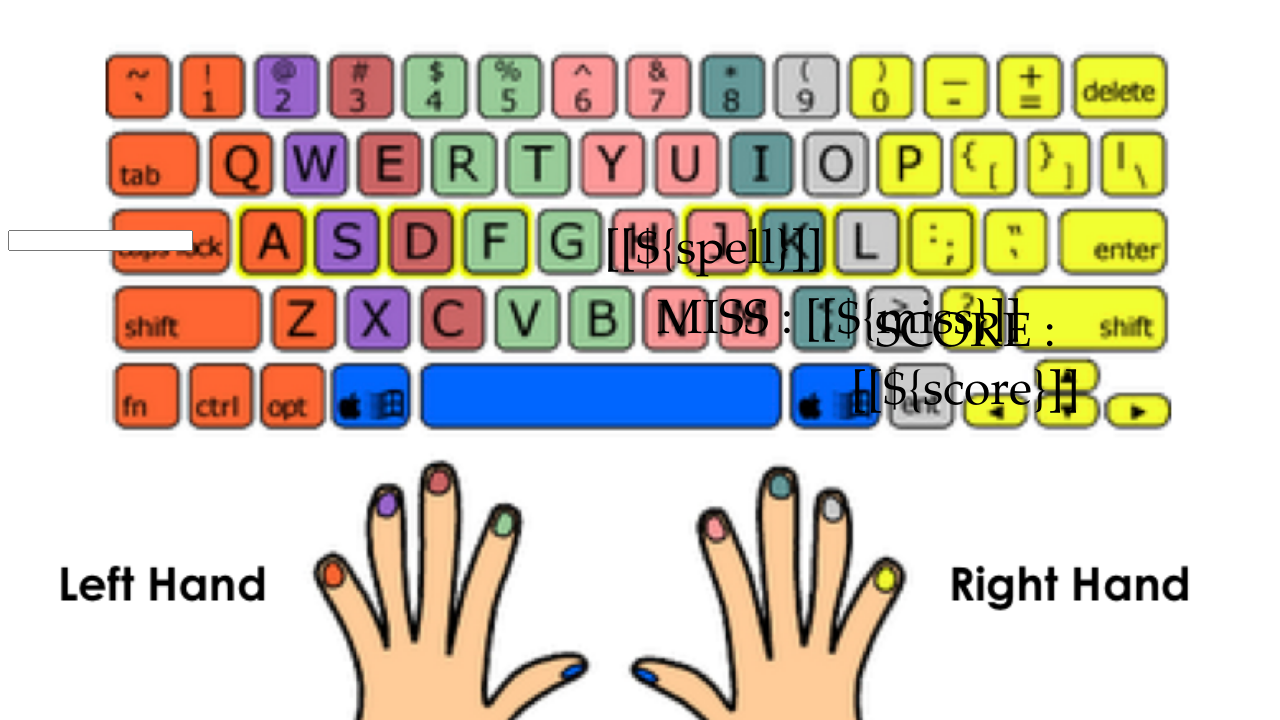
Repository: thaddeas01/typingskill
Page: src/main/resources/templates/single.html
An editor plug-in stored every save of this project. The page is shown before and after the next save, followed by the edit.
The browser window is 1280 px wide. The pictures show the whole page.

Above is the page before, as saved 2023-01-14 00:39:20.
Console error: SyntaxError: Unexpected token '{'

### src/main/resources/templates/single.html
<head>
  <title>Game Application by Pentagon</title>
</head>

<body>
  <div id="app"></div>

  <p class="word1"> [[${spell}]]</p>
  <p class="word2"> MISS : [[${miss}]]</p>
  <p class="word3"> SCORE : [[${score}]]</p>
  <form th:action="@{/hantei(prob=${spell},miss=${miss},score=${score})}" method="post">
    <input type="text" name="answer" id="firstinput">
  </form>
</body>

<style>
  body {
      background-image: url('gamebacks.png');
      background-repeat: no-repeat;
      background-size: cover;
    }

    .word1{
      font-size: 3em;
      width: 400px;
      height: 100px;
      font-family: "garamond", serif;
      position: relative;
      text-align: center;
      top: 20%;
      left: 40%;
      display: inline-block;
      margin-top: 1rem;
    }
    .word2{
      font-size: 3em;
      width: 400px;
      height: 100px;
      font-family: "garamond", serif;
      position: relative;
      text-align: center;
      top: 30%;
      left: 18%;
      display: inline-block;
      margin-top: 1rem;
    }
    .word3{
      font-size: 3em;
      width: 400px;
      height: 100px;
      font-family: "garamond", serif;
      position: relative;
      text-align: center;
      top: 40%;
      left: -4%;
      display: inline-block;
      margin-top: 1rem;
    }
  .base-timer {
    position: relative;
    width: 150px;
    height: 150px;
  }

  .base-timer__svg {
    transform: scaleX(-1);
  }

  .base-timer__circle {
    fill: none;
    stroke: none;
  }

  .base-timer__path-elapsed {
    stroke-width: 7px;
    stroke: grey;
  }

  .base-timer__path-remaining {
    stroke-width: 7px;
    stroke-linecap: round;
    transform: rotate(90deg);
    transform-origin: center;
    transition: 1s linear all;
    fill-rule: nonzero;
    stroke: currentColor;
  }

  .base-timer__path-remaining.green {
    color: rgb(65, 184, 131);
  }

  .base-timer__path-remaining.orange {
    color: orange;
  }

  .base-timer__path-remaining.red {
    color: red;
  }

  .base-timer__label {
    position: relative;
    top: -110px;
    width: 150px;
    height: 150px;
    display: flex;
    align-items: flex-start;
    justify-content: center;
    font-size: 48px;
  }
</style>
<script th:inline="javascript">
  const FULL_DASH_ARRAY = 300;
  const WARNING_THRESHOLD = 4;
  const ALERT_THRESHOLD = 2;

  const COLOR_CODES = {
    info: {
      color: "green"
    },
    warning: {
      color: "orange",
      threshold: WARNING_THRESHOLD
    },
    alert: {
      color: "red",
      threshold: ALERT_THRESHOLD
    }
  };

  const TIME_LIMIT = 7;
  let timePassed = 0;
  let timeLeft = TIME_LIMIT;
  let timerInterval = null;
  let remainingPathColor = COLOR_CODES.info.color;
  var miss = [[${ miss }]];
  var score = [[${ score }]];

  document.getElementById("app").innerHTML = `
<div class="base-timer">
  <svg class="base-timer__svg" viewBox="0 0 100 100" xmlns="http://www.w3.org/2000/svg">
    <g class="base-timer__circle">
      <circle class="base-timer__path-elapsed" cx="50" cy="50" r="45"></circle>
      <path
        id="base-timer-path-remaining"
        stroke-dasharray="283"
        class="base-timer__path-remaining ${remainingPathColor}"
        d="
          M 50, 50
          m -45, 0
          a 45,45 0 1,0 90,0
          a 45,45 0 1,0 -90,0
        "
      ></path>
    </g>
  </svg>
  <span id="base-timer-label" class="base-timer__label">${formatTime(
    timeLeft
  )}</span>
</div>
`;
  document.getElementById('firstinput').focus();
  startTimer();

  function startTimer() {
    timerInterval = setInterval(() => {
      timePassed = timePassed += 1;
      timeLeft = TIME_LIMIT - timePassed;
      document.getElementById("base-timer-label").innerHTML = formatTime(
        timeLeft
      );
      setCircleDasharray();
      setRemainingPathColor(timeLeft);

      if (timeLeft === 0) {
        clearInterval(timerInterval);
        setTimeout(function () {
          location.href = "/timeout?miss=" + miss + "&score=" + score
        }, 0);
      }
    }, 1000);
  }

  function formatTime(time) {
    const minutes = Math.floor(time / 60);
    let seconds = time % 60;

    if (seconds < 10) {
      seconds = `0${seconds}`;
    }

    return `${minutes}:${seconds}`;
  }

  function setRemainingPathColor(timeLeft) {
    const { alert, warning, info } = COLOR_CODES;
    if (timeLeft <= alert.threshold) {
      document
        .getElementById("base-timer-path-remaining")
        .classList.remove(warning.color);
      document
        .getElementById("base-timer-path-remaining")
        .classList.add(alert.color);
    } else if (timeLeft <= warning.threshold) {
      document
        .getElementById("base-timer-path-remaining")
        .classList.remove(info.color);
      document
        .getElementById("base-timer-path-remaining")
        .classList.add(warning.color);
    }
  }

  function calculateTimeFraction() {
    const rawTimeFraction = timeLeft / TIME_LIMIT;
    return rawTimeFraction - (1 / TIME_LIMIT) * (1 - rawTimeFraction);
  }

  function setCircleDasharray() {
    const circleDasharray = `${(
      calculateTimeFraction() * FULL_DASH_ARRAY
    ).toFixed(0)} 283`;
    document
      .getElementById("base-timer-path-remaining")
      .setAttribute("stroke-dasharray", circleDasharray);
  }
</script>

After the next save:
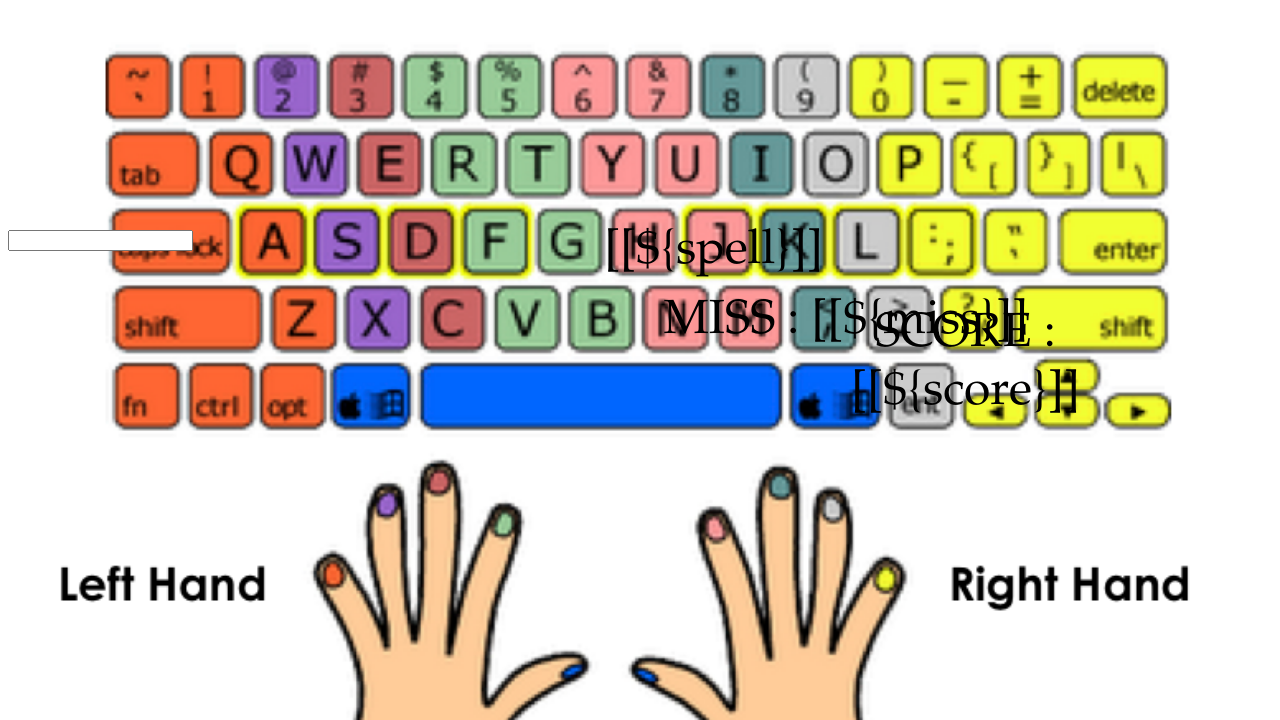
Saved 16 s later.
--- a/src/main/resources/templates/single.html
+++ b/src/main/resources/templates/single.html
@@ -40,7 +40,7 @@
       position: relative;
       text-align: center;
       top: 30%;
-      left: 18%;
+      left: 18.5%;
       display: inline-block;
       margin-top: 1rem;
     }
